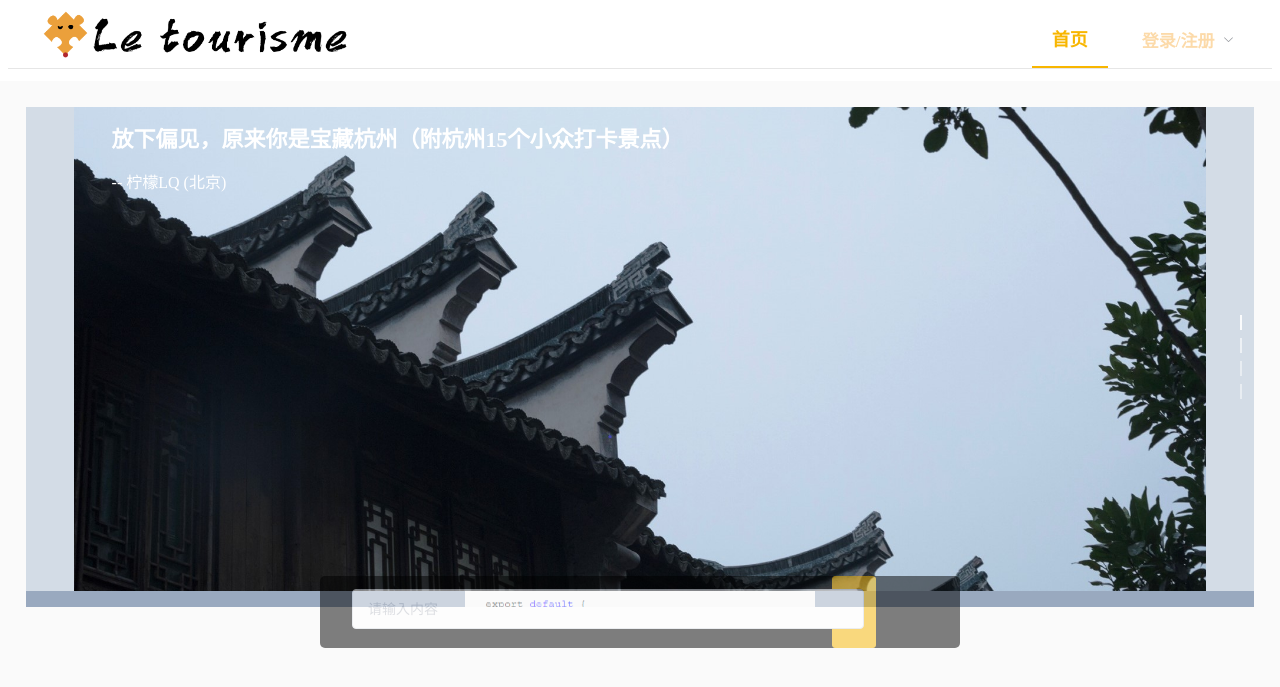
Repository: linxuerou0129/2020.08.31
Page: /
The author's editor kept a copy of each file at every save. The page is drawn from the files as they stood at one save, then again after the next save.
The browser window is 1280 px wide. The pictures show the whole page.
The page's requests for data from a server got no answer. The project was rebuilt for these pictures with package versions that can differ from the ones it lists, and the page was loaded fresh each time. No one was signed in, and anything a server would have sent is missing.

Above is the page before, as saved 2020-09-01 01:19:43.

### src/main.js

import ElementUI from 'element-ui' //新添加
import '../theme/index.css' //新添加，避免后期打包样式不同，要放在import App from './App';之前

import Vue from 'vue'
import App from './App.vue'
import router from './router'

Vue.use(ElementUI)   //新添加

import axios from 'axios'
axios.defaults.withCredentials = true;

Vue.config.productionTip = false

new Vue({
  router,
  render: h => h(App)
}).$mount('#app')

import VDistpicker from 'v-distpicker'
Vue.component('v-distpicker', VDistpicker);

### src/App.vue
<template>
<div id="app">
<el-menu :default-active="$route.path" class="el-menu-demo" mode="horizontal" @select="handleSelect" text-color="#FCDAA9" active-text-color="#f8b600" router>
  <img src="./assets/logo.png" width="55" class="logo">
  <img src="./assets/tittle.png" width="270">
  <el-menu-item index="/" class="head1"><strong>首页</strong></el-menu-item>
  <el-submenu class="head3" v-if="login" index="/Edit">
    <template slot="title">
      <el-avatar :src="circleUrl"></el-avatar>
    </template>
    <el-menu-item index="/Edit">
      我的设置
    </el-menu-item>
    <el-menu-item index="/Publish">
      发布游记
    </el-menu-item>
    <el-menu-item index="/Published">
      个人中心
    </el-menu-item>
    <el-menu-item index="/MyCollect">
      我的收藏
    </el-menu-item>
    <el-menu-item index="/Message">
      消息中心
    </el-menu-item>
    <el-menu-item  @click="logout">
      退出
    </el-menu-item>
  </el-submenu>
  <el-submenu v-if="!login"  class="head4" index=1>
    <template slot="title">
      <strong>登录/注册</strong>
    </template>
    <el-menu-item @click="dialogFormVisible = true">
      注册
    </el-menu-item>
    <el-menu-item @click="loginFormShow = true">
      登录
    </el-menu-item>
  </el-submenu>
</el-menu>
<router-view></router-view>
<el-dialog title="注册" :visible.sync="dialogFormVisible">
  <el-form :model="formZhuce"  ref="formZhuce" status-icon :rules="rules">
    <el-form-item
      prop="email"
      label="邮箱"
      :rules="[
        { required: true, message: '请输入邮箱地址', trigger: 'blur' },
        { type: 'email', message: '请输入正确的邮箱地址', trigger: ['blur', 'change'] }
      ]"
    >
      <el-input v-model="formZhuce.email"></el-input>
      <el-button size="mini" @click="submitEmail" round>获取验证码</el-button>
    </el-form-item>
    <el-form-item label="验证码" prop="check">
      <el-input v-model="formZhuce.check"></el-input>
    </el-form-item>
    <el-form-item label="用户昵称" prop="name">
      <el-input v-model="formZhuce.name"></el-input>
    </el-form-item>
    <el-form-item label="密码" prop="pass">
      <el-input type="password" v-model="formZhuce.pass" autocomplete="off"></el-input>
    </el-form-item>
    <el-form-item label="确认密码" prop="checkPass">
      <el-input type="password" v-model="formZhuce.checkPass" autocomplete="off"></el-input>
    </el-form-item>
    <el-form-item>
      <el-button type="primary" @click="submitForm('formZhuce')">注册</el-button>
      <el-button @click="dialogFormVisible = false">取消</el-button>
    </el-form-item>
  </el-form>
</el-dialog>
<el-dialog title="登录" :visible.sync="loginFormShow">
  <el-form :model="formLogin"  ref="formLogin" status-icon :rules="rules">
    <el-form-item
      prop="email"
      label="邮箱"
      :rules="[
        { required: true, message: '请输入邮箱地址', trigger: 'blur' },
        { type: 'email', message: '请输入正确的邮箱地址', trigger: ['blur', 'change'] }
      ]"
    >
      <el-input v-model="formLogin.email"></el-input>
    </el-form-item>
    <el-form-item label="密码" prop="pass">
      <el-input type="password" v-model="formLogin.pass" autocomplete="off"></el-input>
    </el-form-item>
    <el-form-item>
      <a href="/Forget">忘记密码</a>
    </el-form-item>
    <el-form-item>
      <el-button type="primary" @click="loginIt('formLogin')">登录</el-button>
      <el-button @click="loginFormShow= false">取消</el-button>
    </el-form-item>
  </el-form>
</el-dialog>
</div>
</template>
<style>
    .el-menu--horizontal>.el-submenu .el-submenu__title {
        font-size: 17px;
    }
</style>
<style scoped>
.avatar-uploader {
    border: 1px dashed black;
    border-radius: 6px;
    cursor: pointer;
    position: relative;
    overflow: hidden;
    width: 178px;
    height: 178px;
  }
  .avatar-uploader-icon {
    font-size: 28px;
    color: #8c939d;
    width: 178px;
    height: 178px;
    line-height: 178px;
    text-align: center;
  }
  .avatar {
    width: 178px;
    height: 178px;
    display: block;
  }
.logo{
  position: fixed;
  top: 1%;
  left: 3%;
}
.head1{
  position: relative;
  left: 81%;
  font-size: 18px;
}
.head3{
  position: fixed;
  right:4.5%;
  top: 1.3%;
  font-size: 18px;
}
.head4{
  position: fixed;
  right: 2%;
  top: 1.5%;
  font-size: 18px!important;
}
</style>

<script>
import { Message } from 'element-ui';
import axios from 'axios'
export default {
    data() {
       var validatePass = (rule, value, callback) => {
        if (value === '') {
          callback(new Error('请输入密码'));
        } else {
          if (this.formZhuce.checkPass !== '') {
            this.$refs.formZhuce.validateField('checkPass');
          }
          callback();
        }
      };
      var validatePass2 = (rule, value, callback) => {
        if (value === '') {
          callback(new Error('请再次输入密码'));
        } else if (value !== this.formZhuce.pass) {
          callback(new Error('两次输入密码不一致!'));
        } else {
          callback();
        }
      };
      return {
        circleUrl: "http://106.75.157.168:5657/api/static/touxiang.png",
        activeIndex: '1',
        activeIndex2: '1',
        login:false,
        dialogFormVisible:false,
        loginFormShow:false,
        setFormShow:false,
        formZhuce: {
          email:'',
          pass:'',
          checkPass:'',
          name:'',
          check:''
        },
        formLogin:{
          email:'',
          pass:''
        },
        imageUrl: '',
        rules: {
          pass: [
            { validator: validatePass, trigger: 'blur' }
          ],
          checkPass: [
            { validator: validatePass2, trigger: 'blur' }
          ],
          check:[
            { required: true, message: '请输入验证码', trigger: 'blur'},
            { min: 4, max: 4, message: '长度为4个字符', trigger: 'blur' }
          ],
          name:[
            { required: true, message: '请输入用户昵称', trigger: 'blur' },
            { min: 4, max: 16, message: '长度在 4 到 16 个字符', trigger: 'blur' }
          ],
        }
      };
    },
    methods: {
      handleSelect(key, keyPath) {
        console.log(key, keyPath);
      },
      submitForm(formName) {
        this.$refs[formName].validate((valid) => {
          if (valid) {
              axios.post('http://106.75.157.168:5657/api/register', {
                register_email: this.formZhuce.email,
                register_name:this.formZhuce.name,
                register_password:this.formZhuce.pass,
                register_code:this.formZhuce.check
              })
            .then((response) =>{
              console.log(response.data);
              if(response.data.status=="success"){
                this.dialogFormVisible = false;
                Message.success('注册成功');
              }
              else{
                Message.error(response.data.status)
              }
            })
            .catch(function (error) {
              console.log(error);
            });
          }
          else {
            console.log('error submit!!');
            return false;
          }
        });
      },
      submitEmail(){
        var reg = /^[a-zA-Z0-9]+@[a-z0-9]{2,5}\.[a-z]{2,3}(\.[a-z]{2,3})?$/;
        var result = reg.test(this.formZhuce.email);
        if(this.formZhuce.email==''){
          this.$message({
                    message: '邮箱不可为空',
                    type: 'warning'
                });
        }
        else if(!result){
          this.$message({
                    message: '邮箱输入有误',
                    type: 'warning'
                });
        }
        else{
          axios.post('http://106.75.157.168:5657/api/send_email', {
              email: this.formZhuce.email,
              type:6
            })
          .then((response)=> {
            console.log(response.data);
            Message.success('发送成功，请注意查收')
          })
          .catch(function (error) {
            console.log(error);
          });
        }
      },
      loginIt(formName) {
        this.$refs[formName].validate((valid) => {
          if (valid) {
            axios.post('http://106.75.157.168:5657/api/login_user', {
                login_id: this.formLogin.email,
                login_password:this.formLogin.pass
              })
            .then((response) =>{
              console.log(response.data);
              if(response.data.status=="success"){
                this.loginFormShow=false;
                this.login=true;
                Message.success('登录成功');
                location.href="/";
              }
              else{
                Message.error('登录失败，请重新登录');
              }
            })
            .catch(function (error) {
              console.log(error);
            });
          }
          else {
            console.log('error submit!!');
            return false;
          }
        });
      },
      logout(){
        axios.get('http://106.75.157.168:5657/api/logout_user')
            .then((response)=>{
              console.log(response.data);
              this.login=false;
              location.href="/";
              Message.success('退出成功');
            })
            .catch(function(error){
                console.log(error);
            });
      },
    },
    watch:{
      login:function(val,oldVal){
           if(val==true){
             axios({
              url:'http://106.75.157.168:5657/api/getinfo2',
	            method: 'get'
            })
            .then((response)=>{
                 console.log(response.data);
                this.circleUrl="http://106.75.157.168:5657/api"+response.data.头像;
            })
            .catch(function(error){
                console.log(error);
            });
           }
        }
    },
    mounted(){
      axios({
            url:'http://106.75.157.168:5657/api/getinfo2',
	            method: 'get'
            })
            .then((response)=>{
                 console.log(response.data);
                this.login=true
                this.circleUrl="http://106.75.157.168:5657/api"+response.data.头像;
                console.log("http://106.75.157.168:5657/api"+response.data.头像)
            })
            .catch(function(error){
                console.log(error);
            });
    }
  }
</script>

### src/router/index.js
import Vue from 'vue'
import VueRouter from 'vue-router'
import Home from '../views/Home.vue'

Vue.use(VueRouter)

  const routes = [
  {
    path: '/',
    name: 'Home',
    component: Home
  },
  {
    path: '/Edit',
    name: 'Edit',
    component: () => import(/* webpackChunkName: "about" */ '../views/Edit.vue')
  },
  {
    path: '/Published',
    name: 'Published',
    component: () => import(/* webpackChunkName: "about" */ '../views/Published.vue')
  },
  {
    path: '/MyCollect',
    name: 'MyCollect',
    component: () => import(/* webpackChunkName: "about" */ '../views/MyCollect.vue')
  },
  {
    path: '/Message',
    name: 'Message',
    component: () => import(/* webpackChunkName: "about" */ '../views/Message.vue')
  },
  {
    path: '/Forget',
    name: 'Forget',
    component: () => import(/* webpackChunkName: "about" */ '../views/Forget.vue')
  },
  {
    path: '/Publish',
    name: 'Publish',
    component: () => import(/* webpackChunkName: "about" */ '../views/Publish.vue')
  },
  {
    path: '/Show',
    name: 'Show',
    component: () => import(/* webpackChunkName: "about" */ '../views/Show.vue')
  },
  {
    path: '/Search',
    name: 'Search',
    component: () => import(/* webpackChunkName: "about" */ '../views/Search.vue')
  },
]

const router = new VueRouter({
  mode: 'history',
  base: process.env.BASE_URL,
  routes
})

export default router

### src/views/Home.vue
<template>
  <div class="content">
    <div class="carousel">
      <el-carousel :interval="5000" direction="vertical" height="500px">
      <el-carousel-item>
        <div class="head">
          <strong>放下偏见，原来你是宝藏杭州（附杭州15个小众打卡景点）</strong>
          <p style="font-size: 16px;">-- 柠檬LQ (北京) </p>
        </div>
        <img class="photo" src="../assets/test1.jpg">
      </el-carousel-item>
      <el-carousel-item>
        <img class="photo" src="../assets/1.png">
      </el-carousel-item>
      <el-carousel-item>
      </el-carousel-item>
      <el-carousel-item>
      </el-carousel-item>
    </el-carousel>
    </div>
    <div class="search">
      <el-input
        placeholder="请输入内容"
        v-model="input"
        clearable class="input">
      </el-input>
      <el-button type="primary" size="small" icon="el-icon-search"></el-button>
    </div>
  </div>
</template>

<script>
// @ is an alias to /src
export default {
  data(){
        return{
            input:''
        }
    },
}
</script>

<style scoped>
.input{
  width: 80%;
  left: 5%;
  top: 18%;
}
.search{
  position: fixed;
  height: 10%;
  width: 50%;
  background-color: black;
  z-index: 9999;
  opacity: 50%;
  top: 80%;
  left: 25%;
  border-radius: 5px;
   display: -webkit-flex; /* Safari */
  display: flex;
    flex-direction: row;
}
.photo{
  z-index: 9;
  width: auto;
  height: 100%;
  display: table;
            margin: 0 auto;
}
.head{
  z-index: 999;
    position: absolute;
  color: white;
  font-size: 22px;
  left: 7%;
  top: 6%;
}
.carousel{
  position: relative;
  top: 4%;
  width: 96%;
  left: 2%;
  z-index: 9;
}
.content{
    width: 100%;
   top: 11.3%;

    bottom:0;

    position:fixed;

    overflow-y:scroll;

    overflow-x:hidden;
  right: 0;
  background-color:#FAFAFA;
}
.el-carousel__item h3 {
    color: #475669;
    font-size: 18px;
    opacity: 0.75;
    line-height: 300px;
    margin: 0;
  }
  .el-carousel__item:nth-child(2n) {
    background-color: #99a9bf;
  }

  .el-carousel__item:nth-child(2n+1) {
    background-color: #d3dce6;
  }
</style>

Loaded but not shown: public/index.html (common file); theme/index.css (library)

After the next save:
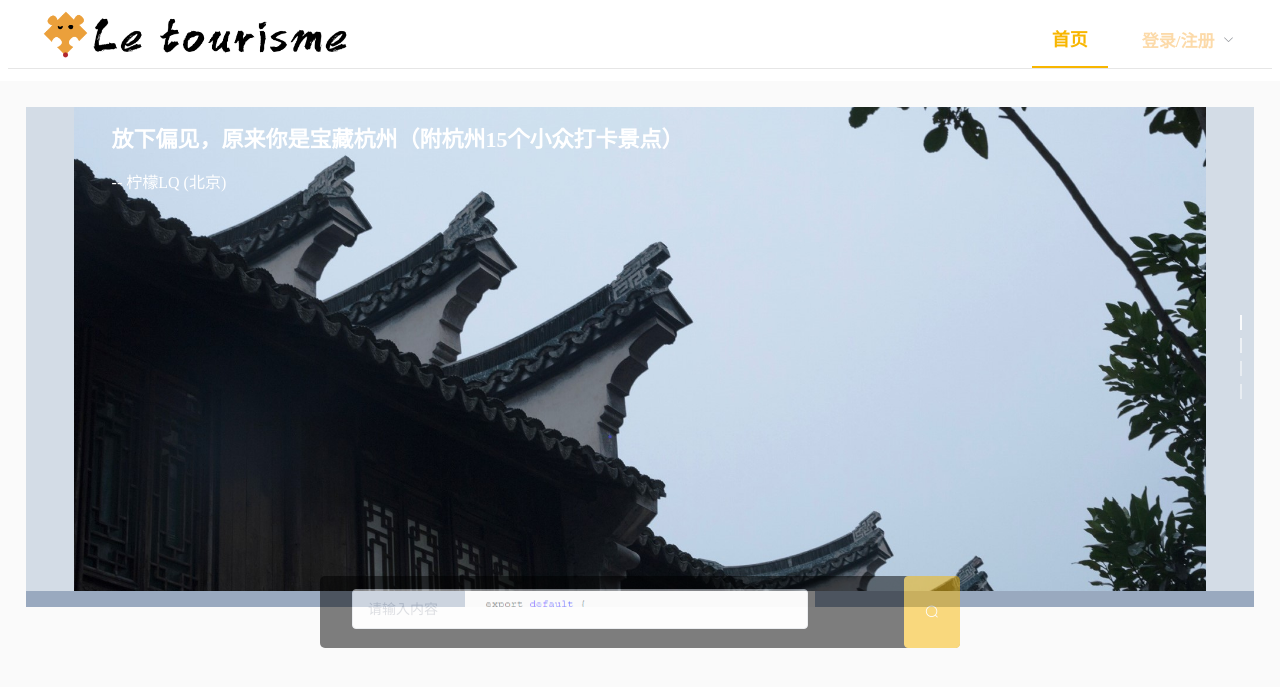
Saved 61 s later.
--- a/src/views/Home.vue
+++ b/src/views/Home.vue
@@ -24,7 +24,7 @@
         v-model="input"
         clearable class="input">
       </el-input>
-      <el-button type="primary" size="small" icon="el-icon-search"></el-button>
+      <el-button type="primary" icon="el-icon-search" style="margin-left:20%"></el-button>
     </div>
   </div>
 </template>
